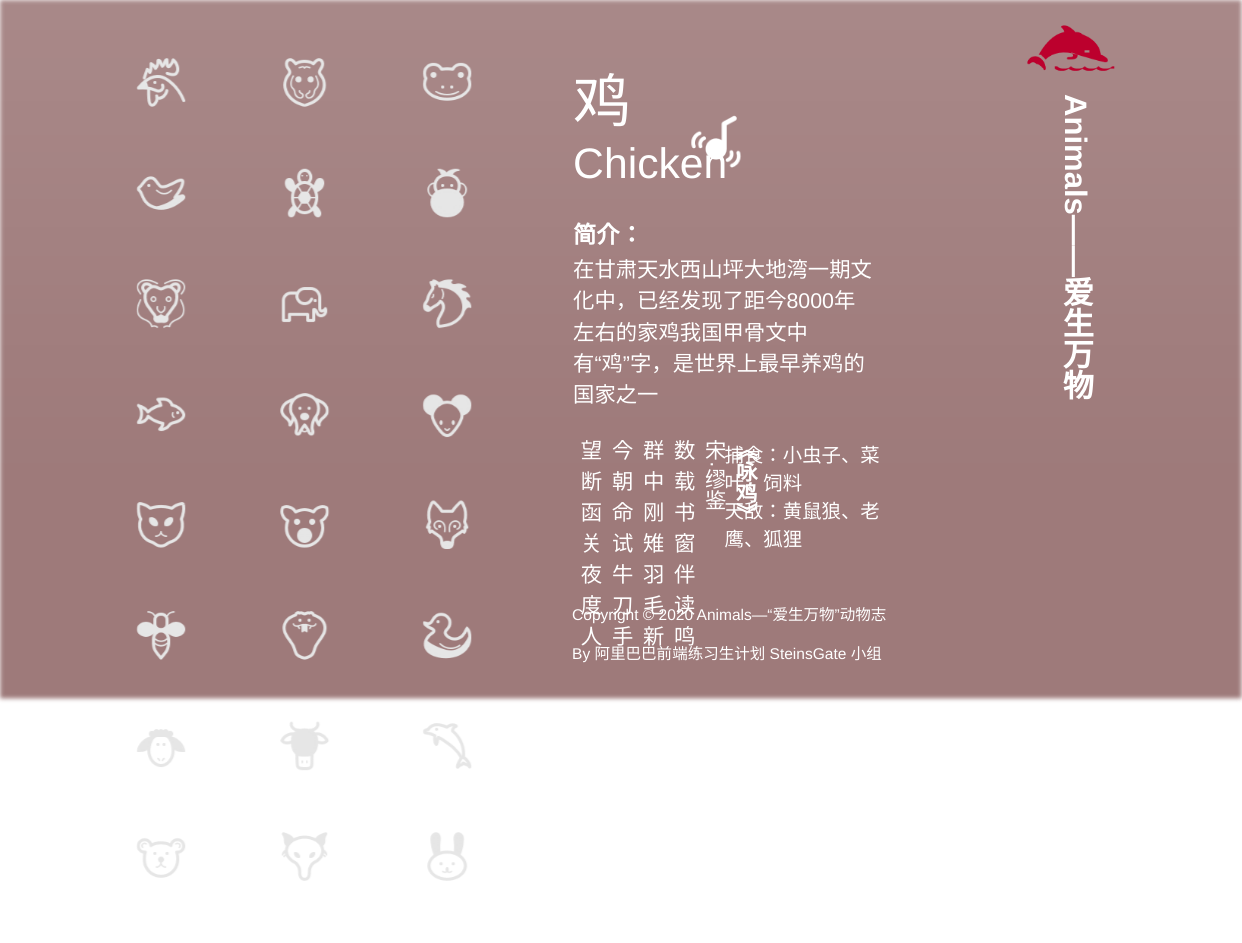
Repository: Whiskeyi/Animals
Page: /
An editor plug-in stored every save of this project. The page is shown before and after the next save, followed by the edit.
The browser window is 1280 px wide. The pictures show the whole page, at 97% of full size.
The project was rebuilt for these pictures with package versions that can differ from the ones it lists, and the page was loaded fresh each time.

Above is the page before, as saved 2021-11-17 22:21:09.

### public/index.html
<!DOCTYPE html>
<html lang="en">
  <head>
    <meta charset="utf-8">
    <meta http-equiv="X-UA-Compatible" content="IE=edge">
    <meta name="viewport" content="width=device-width,initial-scale=1.0">
    <link rel="icon" href="<%= BASE_URL %>favicon.ico">
    <title>Animals——爱生万物</title>
  </head>
  <body>
    <noscript>
      <strong>We're sorry but animals doesn't work properly without JavaScript enabled. Please enable it to continue.</strong>
    </noscript>
    <div id="app"></div>
    <!-- built files will be auto injected -->
  </body>
</html>

### src/main.js
import Vue from 'vue'
import App from './App.vue'
import router from './router'
import store from './store'
import './plugins/element.js' // 引入element-ui

Vue.config.productionTip = false

new Vue({
  router,
  store,
  render: h => h(App)
}).$mount('#app')

### src/App.vue
<template>
  <div id="app">
    <!-- 入口 -->
    <router-view/>
  </div>
</template>

<style lang="scss">
#app {
  font-family: 'Avenir', Helvetica, Arial, sans-serif;
  -webkit-font-smoothing: antialiased;
  -moz-osx-font-smoothing: grayscale;
}

html, body {  // 去除白边
    width: 100%;
    height: 100%;
    margin: 0;
    padding: 0;
    position: relative;
}

</style>

### src/router.js
// 路由
import Vue from 'vue'
import Router from 'vue-router'
import Home from './views/Home.vue'

Vue.use(Router)

export default new Router({
  mode: 'history',
  base: process.env.BASE_URL,
  routes: [
    {
      path: '/',
      name: 'home',
      component: Home
    }
  ]
})

### src/store.js
import Vue from 'vue'
import Vuex from 'vuex'

Vue.use(Vuex)

export default new Vuex.Store({
  state: {
    num: "",  // data.json数组号
    seconds: "8000" // 页面切换时间
  },
  mutations: {
    saveNum(state, num) {
      state.num = num
    }
  },
  actions: {

  }
})

### src/plugins/element.js
// 引入element-ui
import Vue from 'vue'

import ElementUI from 'element-ui';
import 'element-ui/lib/theme-chalk/index.css';

Vue.use(ElementUI);

### src/views/Home.vue
<template>
  <div class="home">
    <!-- 背景+光泽效果 -->
    <Gloss></Gloss>
    <!-- 页面容器 -->
    <div class="container">
      <!-- 左侧展示模块 -->
      <div id="leftContainer">
        <LeftMain></LeftMain>
      </div>
      <!-- 右侧展示模块 -->
      <div id="rightContainer">
        <!-- 输出信息 -->
          <Info></Info>
          <!-- 右侧标题 -->
          <RightHead></RightHead>
          <!-- 尾部 -->
          <Footer></Footer>
      </div>
    </div>
  </div>
</template>

<script>
// @ is an alias to /src
// 组件引入
import Gloss from '@/components/Gloss'
import Footer from '@/components/Footer'
import Info from '@/components/Info'
import RightHead from '@/components/right-head'
import LeftMain from '@/components/left-main'

export default {
  name: 'home',
  components: {
    Gloss,Footer,Info,RightHead,LeftMain
  }
}
</script>

<style lang="scss" scoped>
#leftContainer {
  position: absolute;
  left: 15%;
  width: 25%;
  height: 100%;
  margin: 0 auto;
}
#rightContainer {
  position: fixed;
  right: 10%;
  width: 50%;
  height: 100%;
  margin: 0 auto;
}
@media screen and (max-width: 1440px) { // 屏幕小于1440px样式
  #leftContainer {
  position: absolute;
  left: 8%;
  width: 33%;
  height: 100%;
  margin: 0 auto;
}
#rightContainer {
  position: fixed;
  right: 5%;
  width: 54%;
  height: 100%;
  margin: 0 auto;
}
}
</style>

### src/components/Gloss/index.vue
<template>
<!-- 实现光泽效果,丰富背景颜色 -->
<div id="bg" :style="{ backgroundColor : color }">
    <div id="gloss"></div>
</div>
</template>

<script>
const animalsData = require('@/data/Animals.json')
import store from '../../store'

export default {
    data() {
        return {
            color: 'rgb(158, 122, 122)'
        }
    },
    mounted() {
        this.changeColor()
        // window.console.log(animalsData.AnimalsDetail[0].color)
    },
    methods: {
        changeColor() {
            setInterval(function() {
                // let arrColor = ["#FC9F4D", "#E98B2A", "#90B44B", "#4D5139", "#1C1C1C", "#4F4F48",
                //                 "#FF5E99", "#828282", "#52433D", "#947A6D", "#080808", "#0C0C0C",
                //                 "#434343", "#B19693", "#434343", "#EFBB24", "#90B44B", "#373C38",
                //                 "#BDC0BA", "#BDC0BA", "#BDC0BA", "#434343","#BDC0BA", "#BDC0BA"]
                let num = Math.floor(Math.random() * animalsData.AnimalsDetail.length)
                store.commit('saveNum',num)
                document.getElementById('bg').style.backgroundColor = animalsData.AnimalsDetail[num].color
                // this.color = color
            }, store.state.seconds);
        }
    }
}
</script>

<style lang="scss" scoped>
#gloss {
    position: fixed;
    width: 100%;
    height: 478px;
    background: url('../../assets/gloss.png') repeat-x;
    // z-index: -8;  //暂时注释,影响调试
}
#bg {
  height: 100%;
  width: 100%;
  position: fixed;
  transition: background-color 2s ease-in; // 背景颜色切换2S过渡
  filter: blur(2px); // 背景高斯模糊
  // z-index: -9; //暂时注释,影响调试
}
</style>

### src/components/Footer/index.vue
<template>
  <div class="footerContainer">
      <p>Copyright © 2020 Animals—“爱生万物”动物志</p>
      <p>By 阿里巴巴前端练习生计划 SteinsGate 小组</p>
  </div>
</template>

<script>
export default {

}
</script>

<style lang="scss" scoped>
.footerContainer {
    position: fixed;
    bottom: 0;
    font-size: 1rem;
    color:#fff;
    margin:0 0 20px 65px;
}
</style>

### src/components/Info/index.vue
<template>
  <div class="infoContainer">
    <div class="infPadding">
      <!-- 标题、声音icon -->
    <Introduce></Introduce>
    <!-- 简介 -->
    <IntroduceMid></IntroduceMid>
    <!-- 捕食、诗 -->
    <HabbitPoem></HabbitPoem>
    </div>
  </div>
</template>

<script>
import Introduce from './Introduce'
import HabbitPoem from './habbit-poem'
import IntroduceMid from './introduce-mid'
export default {
  name: 'Info',
  components: {
    Introduce, HabbitPoem, IntroduceMid
  }
}
</script>

<style lang="scss" scoped>
.infoContainer {
    float: left;
    z-index: 10000;
    width: 82%;
    height: 80%;
    margin: 26px 0 0 16px;
    padding: 15px 0px;
    color:#fff;
}
.infPadding {
  padding: 0 0 0 50px;
}
.infoContainer logo {
    position: absolute;
}
@media screen and (max-width: 1440px) { // 屏幕小于1440px样式
  .infoContainer {
    float: left;
    z-index: 10000;
    width: 75%;
    height: 80%;
    margin: 26px 0 0 16px;
}
}
</style>

### src/components/right-head/index.vue
<template>
  <div class="rightHeadContainer">
      <el-image class="logo" alt="logo" :src="require('@/icons/index.png')"></el-image>
      <h1 class="vertical">Animals——爱生万物</h1>
  </div>
</template>

<script>
export default {

}
</script>

<style lang="scss" scoped>
.rightHeadContainer {
    float: left;
    height: 400px;
    width: 100px;
    margin: 26px 0 0 16px;
}
.vertical {
    writing-mode: vertical-lr;
    padding-left: 5px;
    color: #fff;
}
.logo {
    width: 90px;
    padding-bottom: 20px;
}
@media screen and (max-width: 1440px) { // 屏幕小于1440px样式
    .rightHeadContainer {
        float: left;
        height: 400px;
        width:85px;
        margin: 26px 0 0 0;
    }
    .vertical {
        writing-mode: vertical-lr;
        padding-right: 0;
        color: #fff;
    }
}
</style>

### src/components/left-main/index.vue
<template>
  <div class="leftContainer">
    <el-row :gutter="20" type="flex" justify="center" v-for="AnimalsDetail in data" :key="AnimalsDetail.enName">
      <el-col :span="8">
        <el-image class="logo" alt="logo" :src="require('@/icons/animals/chicken.png')"></el-image>
      </el-col>
      <el-col :span="8">
        <el-image class="logo" alt="logo" :src="require('@/icons/animals/tiger.png')"></el-image>
      </el-col>
      <el-col :span="8">
        <el-image class="logo" alt="logo" :src="require('@/icons/animals/frog.png')"></el-image>
      </el-col>
    </el-row>
     <el-row :gutter="20" type="flex" justify="center" v-for="AnimalsDetail in data" :key="AnimalsDetail.enName">
      <el-col :span="8">
        <el-image class="logo" alt="logo" :src="require('@/icons/animals/bird.png')"></el-image>
      </el-col>
      <el-col :span="8">
        <el-image class="logo" alt="logo" :src="require('@/icons/animals/turtle.png')"></el-image>
      </el-col>
      <el-col :span="8">
        <el-image class="logo" alt="logo" :src="require('@/icons/animals/monkey.png')"></el-image>
      </el-col>
    </el-row>
     <el-row :gutter="20" type="flex" justify="center" v-for="AnimalsDetail in data" :key="AnimalsDetail.enName">
      <el-col :span="8">
        <el-image class="logo" alt="logo" :src="require('@/icons/animals/lion.png')"></el-image>
      </el-col>
      <el-col :span="8">
        <el-image class="logo" alt="logo" :src="require('@/icons/animals/elephant.png')"></el-image>
      </el-col>
      <el-col :span="8">
        <el-image class="logo" alt="logo" :src="require('@/icons/animals/horse.png')"></el-image>
      </el-col>
    </el-row>
     <el-row :gutter="20" type="flex" justify="center" v-for="AnimalsDetail in data" :key="AnimalsDetail.enName">
      <el-col :span="8">
        <el-image class="logo" alt="logo" :src="require('@/icons/animals/fish.png')"></el-image>
      </el-col>
      <el-col :span="8">
        <el-image class="logo" alt="logo" :src="require('@/icons/animals/dog.png')"></el-image>
      </el-col>
      <el-col :span="8">
        <el-image class="logo" alt="logo" :src="require('@/icons/animals/mouse.png')"></el-image>
      </el-col>
    </el-row>
     <el-row :gutter="20" type="flex" justify="center" v-for="AnimalsDetail in data" :key="AnimalsDetail.enName">
      <el-col :span="8">
        <el-image class="logo" alt="logo" :src="require('@/icons/animals/cat.png')"></el-image>
      </el-col>
      <el-col :span="8">
        <el-image class="logo" alt="logo" :src="require('@/icons/animals/pig.png')"></el-image>
      </el-col>
      <el-col :span="8">
        <el-image class="logo" alt="logo" :src="require('@/icons/animals/wolf.png')"></el-image>
      </el-col>
    </el-row>
     <el-row :gutter="20" type="flex" justify="center" v-for="AnimalsDetail in data" :key="AnimalsDetail.enName">
      <el-col :span="8">
        <el-image class="logo" alt="logo" :src="require('@/icons/animals/bee.png')"></el-image>
      </el-col>
      <el-col :span="8">
        <el-image class="logo" alt="logo" :src="require('@/icons/animals/snake.png')"></el-image>
      </el-col>
      <el-col :span="8">
        <el-image class="logo" alt="logo" :src="require('@/icons/animals/duck.png')"></el-image>
      </el-col>
    </el-row>
     <el-row :gutter="20" type="flex" justify="center" v-for="AnimalsDetail in data" :key="AnimalsDetail.enName">
      <el-col :span="8">
        <el-image class="logo" alt="logo" :src="require('@/icons/animals/sheep.png')"></el-image>
      </el-col>
      <el-col :span="8">
        <el-image class="logo" alt="logo" :src="require('@/icons/animals/cow.png')"></el-image>
      </el-col>
      <el-col :span="8">
        <el-image class="logo" alt="logo" :src="require('@/icons/animals/dolphin.png')"></el-image>
      </el-col>
    </el-row>
     <el-row :gutter="20" type="flex" justify="center" v-for="AnimalsDetail in data" :key="AnimalsDetail.enName">
      <el-col :span="8">
        <el-image class="logo" alt="logo" :src="require('@/icons/animals/bear.png')"></el-image>
      </el-col>
      <el-col :span="8">
        <el-image class="logo" alt="logo" :src="require('@/icons/animals/fox.png')"></el-image>
      </el-col>
      <el-col :span="8">
        <el-image class="logo" alt="logo" :src="require('@/icons/animals/rabbit.png')"></el-image>
      </el-col>
    </el-row>
  </div>
</template>

<script>
import data from '@/data/Animals.json'
export default {
  data() {
    return {
      data
    }
  }
}
</script>

<style lang="scss" scoped>
.leftContainer {
  padding: 30px 0;
  width: 100%;
  text-align: center;
}
.leftContainer .logo {
  width: 80px;
  height: 80px;
  padding: 40px 0;
}
 @media screen and (max-width: 1440px) { // 屏幕小于1440px样式
  .leftContainer .logo {
    height: 50px;
    width: 50px;
    padding: 30px 0;
  }
 }
</style>

### src/components/Info/Introduce/index.vue
<template>
  <div class="introduce">
      <el-row class="intContainer">
          <el-col :span="6">
              <transition name="fade">
                <div id="title">{{ name }}</div>
              </transition>
              <transition name="fade">
                <div id="subTitle">{{ enName }}</div>
              </transition>
          </el-col>
          <el-col :span="10">
              <el-image class="logo" alt="logo" :src="require('@/icons/voice.png')"></el-image>
          </el-col>
      </el-row>
  </div>
</template>

<script>
const animalsData = require('@/data/Animals.json')
import store from '../../../store'
export default {
    data() {
        return {
            name: '鸡',
            enName: 'Chicken'
        }
    },
    mounted() {
        this.changeInfo()
        // window.console.log(store.state.num)
    },
    methods: {
          changeInfo() {
            setInterval(function() {
                this.name = animalsData.AnimalsDetail[store.state.num].name
                document.getElementById('title').innerHTML = this.name
                // window.console.log(this.name)
                this.enName = animalsData.AnimalsDetail[store.state.num].enName
                document.getElementById('subTitle').innerHTML = this.enName
                // window.console.log(this.enName)
            }, store.state.seconds);
        }
    }
}
</script>

<style lang="scss" scoped>
.introduce {
    // background-color: wheat;;
    height: 30%;
    width: 100%;
}
.intContainer {
    padding: 15px 0;
}
#title {
    font-size: 60px;
    display: block;
}
#subTitle {
    font-size: 44px;
    display: block;
}
.logo {
    padding-top: 60px;
    height: 60px;
    width: 60px;
}
fade-enter {
    opacity: 0;
}
fade-enter-to {
    opacity: 1;
}
.fade-enter-active, .fade-leave-active {
  transition: all 2.5s ease;
}
</style>

### src/components/Info/habbit-poem/index.vue
<template>
  <div class="habPoem">
       <el-row class="habContainer">
           <el-col class="poem" :span="8">
                <div id="content4" class="content">{{ content4 }}</div>
                <div id="content3" class="content">{{ content3 }}</div>
                <div id="content2" class="content">{{ content2 }}</div>
                <div id="content1" class="content">{{ content1 }}</div>
                <div id="author">{{ author }}</div>
                <div id="poemTitle">{{ title }}</div>
            </el-col>
            <el-col class="habContent" :span="10">
              <span>捕食：</span><span id="food" class="foodTitle">{{ food }}</span><br>
              <span>天敌：</span><span id="enemy" class="enemyTitle">{{ enemy }}</span>
            </el-col>
      </el-row>
  </div>
</template>

<script>
const animalsData = require('@/data/Animals.json')
import store from '../../../store'
export default {
     data() {
        return {
            title: '《咏鸡》',
            author: '宋·缪鉴',
            content1: '数载书窗伴读鸣',
            content2: '群中刚雉羽毛新',
            content3: '今朝命试牛刀手',
            content4: '望断函关夜度人',
            food: '小虫子、菜叶、饲料',
            enemy: '黄鼠狼、老鹰、狐狸'
        }
    },
    mounted() {
        this.changeInfo()
        // window.console.log(store.state.num)
    },
    methods: {
          changeInfo() {
            setInterval(function() {
                this.title = animalsData.AnimalsDetail[store.state.num].poetryName
                document.getElementById('poemTitle').innerHTML = this.title

                this.author = animalsData.AnimalsDetail[store.state.num].poetryAuthor
                document.getElementById('author').innerHTML = this.author

                this.content1 = animalsData.AnimalsDetail[store.state.num].poetryContent1
                document.getElementById('content1').innerHTML = this.content1

                this.content2 = animalsData.AnimalsDetail[store.state.num].poetryContent2
                document.getElementById('content2').innerHTML = this.content2

                this.content3 = animalsData.AnimalsDetail[store.state.num].poetryContent3
                document.getElementById('content3').innerHTML = this.content3

                this.content4 = animalsData.AnimalsDetail[store.state.num].poetryContent4
                document.getElementById('content3').innerHTML = this.content4

                this.food = animalsData.AnimalsDetail[store.state.num].food
                document.getElementById('food').innerHTML = this.food

                this.enemy = animalsData.AnimalsDetail[store.state.num].enemy
                document.getElementById('enemy').innerHTML = this.enemy
            }, store.state.seconds);
        }
    }
}
</script>

<style lang="scss" scoped>
.habPoem {
    // background-color: rgb(252, 94, 94);
    height: 30%;
}
.poem {
    writing-mode: vertical-lr;
    font-size: 22px;
    #poemTitle {
        font-weight: bold;
    }
    .content {
        letter-spacing: 15px;
    }
}
.habContainer {
    padding: 15px 0;
}
.habContent span {
    font-size: 20px;
}
@media screen and (max-width: 1440px) { // 屏幕小于1440px样式
    .poem {
        writing-mode: vertical-lr;
        font-size: 22px;
        #poemTitle {
            font-weight: bold;
        }
        .content {
            letter-spacing: 10px;
        }
    }
}
</style>

### src/components/Info/introduce-mid/index.vue
<template>
    <div class="fooMid">
        <el-row class="botContainer">
            <el-col :sm="16" :md="16" :lg="16">
                <div class="IntTitle">简介：</div>
                <div id="IntContent">{{ IntContent }}</div>
            </el-col>
        </el-row>
    </div>
</template>

<script>
const animalsData = require('@/data/Animals.json')
import store from '../../../store'
export default {
    data() {
        return {
            IntContent: '在甘肃天水西山坪大地湾一期文化中，已经发现了距今8000年左右的家鸡我国甲骨文中有“鸡”字，是世界上最早养鸡的国家之一'
        }
    },
    mounted() {
        this.changeInfo()
        // window.console.log(store.state.num)
    },
    methods: {
          changeInfo() {
            setInterval(function() {
                this.IntContent = animalsData.AnimalsDetail[store.state.num].content
                document.getElementById('IntContent').innerHTML = this.IntContent
                // window.console.log(this.content)
            }, store.state.seconds);
        }
    }
}
</script>

<style lang="scss" scoped>
.fooMid {
    // background-color: rgb(253, 128, 128);
    height: 50%;
    width: 100%;
}
.botContainer {
    padding: 15px 0;
}
.IntTitle {
    font-size: 24px;
    font-weight: bold;
    line-height: 40px;
}
#IntContent {
    font-size: 22px;
    line-height: 32px;
    display: block;
}
@media screen and (max-width: 1440px) { // 屏幕小于1440px样式
    #IntContent {
        font-size: 22px;
        line-height: 32px;
        display: block;
    }
}
</style>

Loaded but not shown: src/data/Animals.json (399 lines, source omitted)

After the next save:
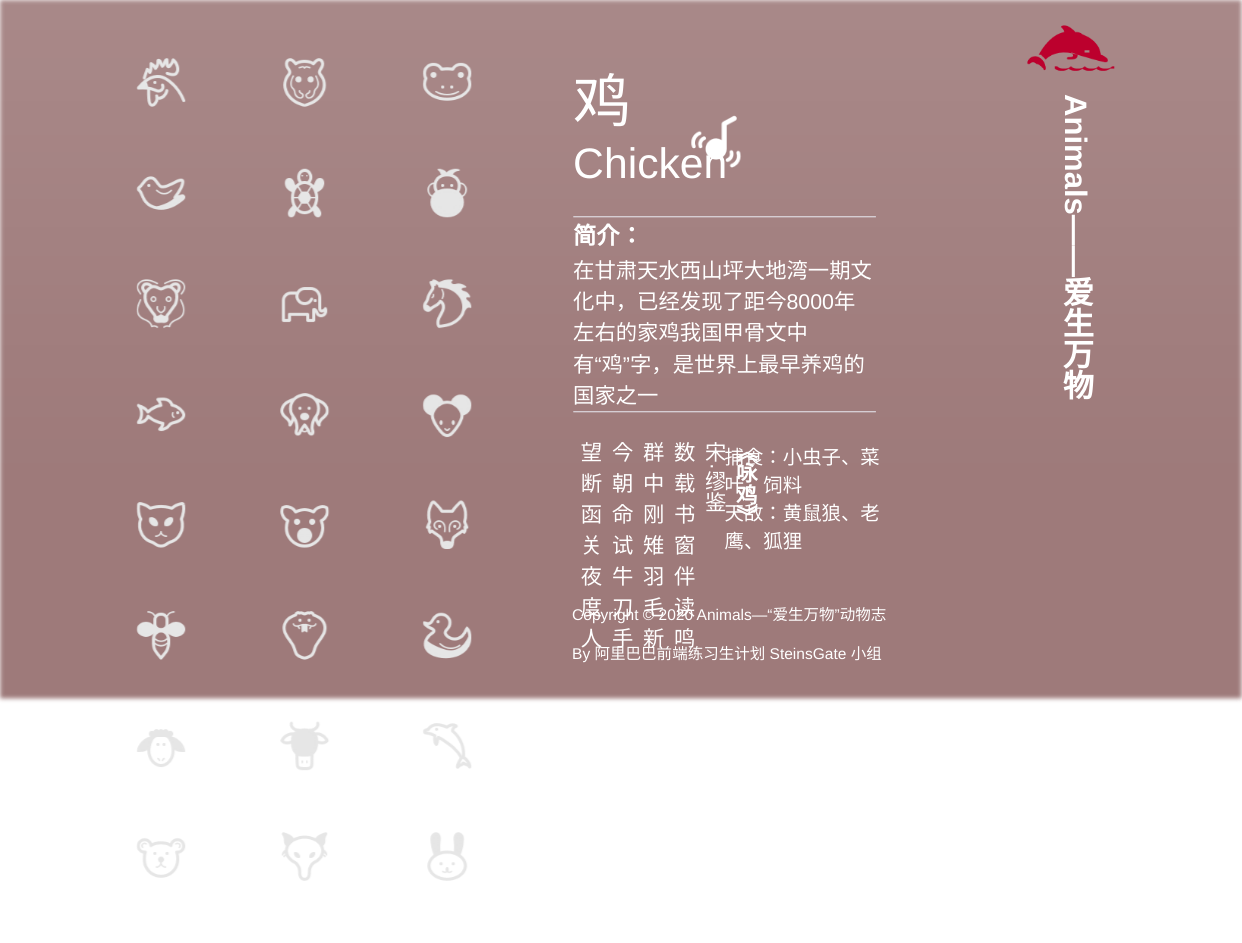
Saved 23 s later.
--- a/src/components/Info/introduce-mid/index.vue
+++ b/src/components/Info/introduce-mid/index.vue
@@ -2,8 +2,10 @@
     <div class="fooMid">
         <el-row class="botContainer">
             <el-col :sm="16" :md="16" :lg="16">
+                <el-collapse v-model="activeNames" @change="handleChange">
                 <div class="IntTitle">简介：</div>
                 <div id="IntContent">{{ IntContent }}</div>
+                </el-collapse>
             </el-col>
         </el-row>
     </div>
